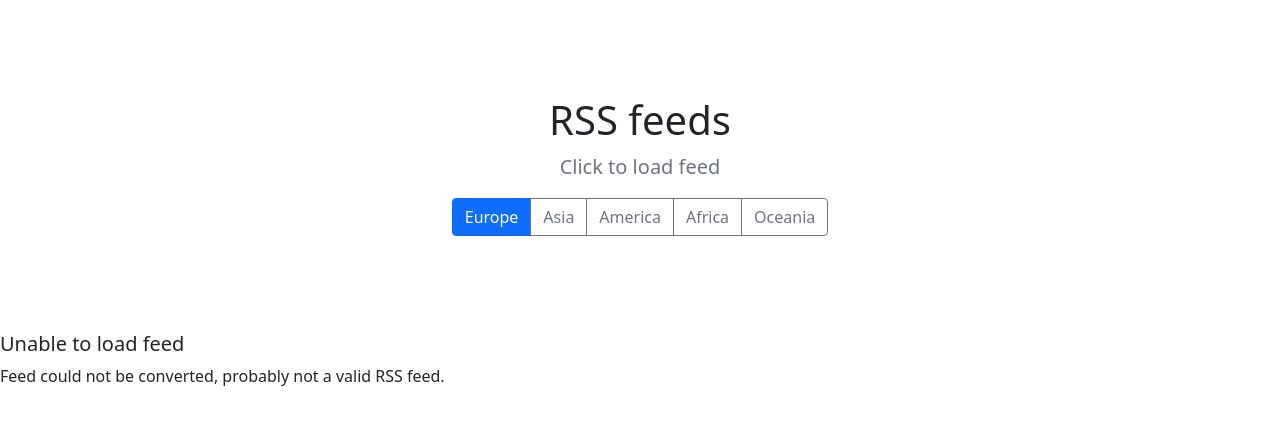
Repository: lilit1121/Templating-DOM-manipulation-and-data-processing
Page: europe.html
The author's editor kept a copy of each file at every save. The page is drawn from the files as they stood at one save, then again after a run of saves.
The browser window is 1280 px wide. The pictures show the whole page.
The page's requests for data from a server got no answer.

Above is the page before, as saved 2023-02-09 16:09:55.

After the next 2 saves:
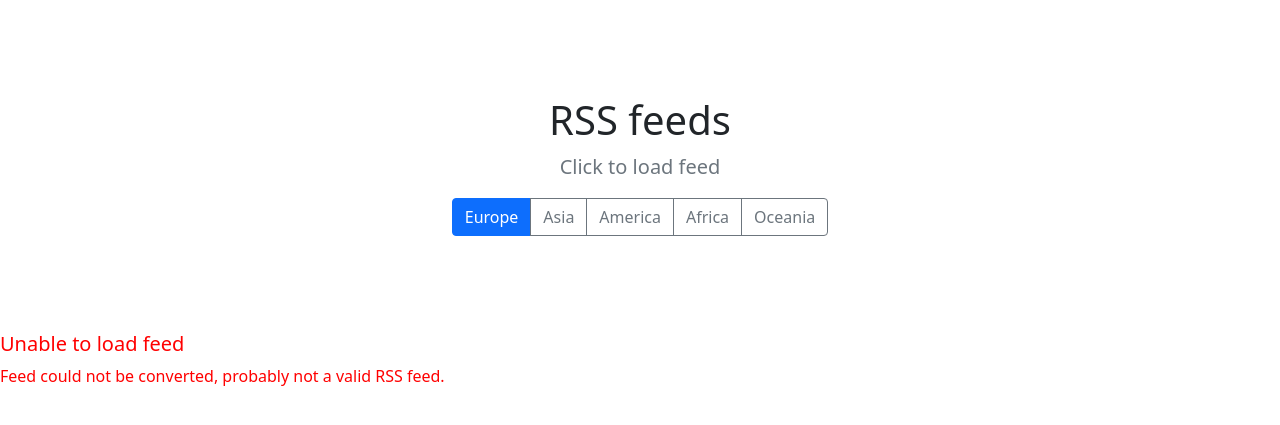
The 2 saves are shown as one change because they came seconds apart.
The last was saved 49 s later.
--- a/styles.css
+++ b/styles.css
@@ -8,5 +8,5 @@
 #error{
   display: none;
   justify-content: center;
-  columns: red;
+  color: red;
 }
